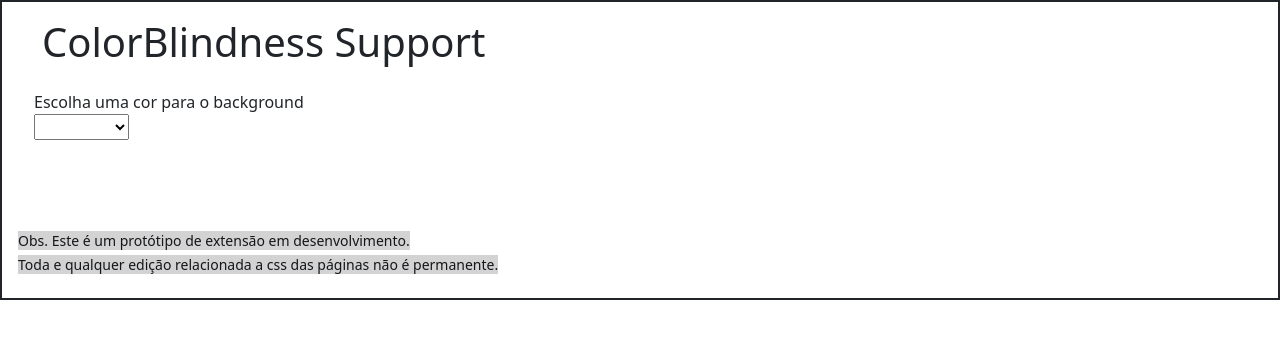
Repository: pedrosiqueira/daltonchrome
Page: popup.html
The author's editor kept a copy of each file at every save. The page is drawn from the files as they stood at one save, then again after the next save.
The browser window is 1280 px wide. The pictures show the whole page.

Above is the page before, as saved 2022-06-17 13:15:30.

After the next save:
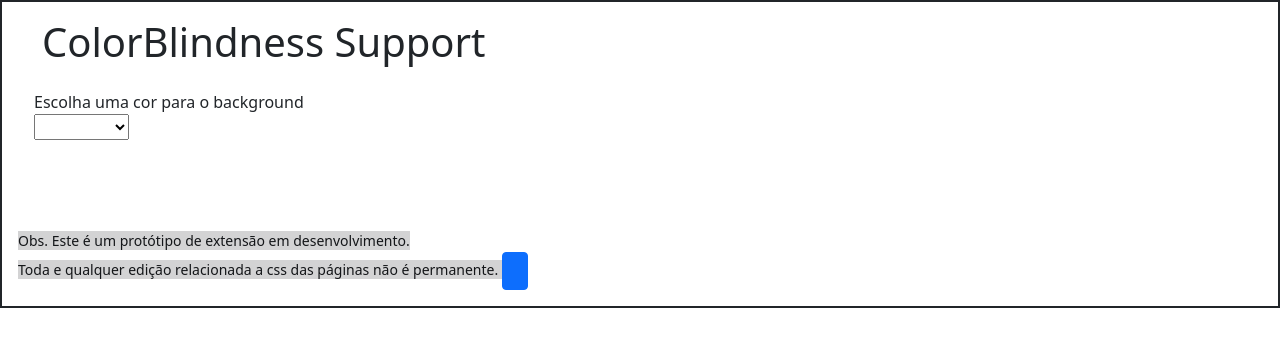
Saved 2 min 8 s later.
--- a/popup.html
+++ b/popup.html
@@ -35,6 +35,9 @@
     <alert id="alert" class="alert-dark form-text">Obs. Este é um protótipo de extensão em desenvolvimento.<br>
     Toda e qualquer edição relacionada a css das páginas não é permanente.
     </alert>
+    <button id="refresh" class="btn btn-primary"type="button">
+        <img href="https://w7.pngwing.com/pngs/851/542/png-transparent-computer-icons-refresh-text-monochrome-black-thumbnail.png">
+    </button>
 
     <script src="js/vendor/jquery-3.6.0.min.js"></script>
     <script src="js/vendor/bootstrap.bundle.min.js"></script>
